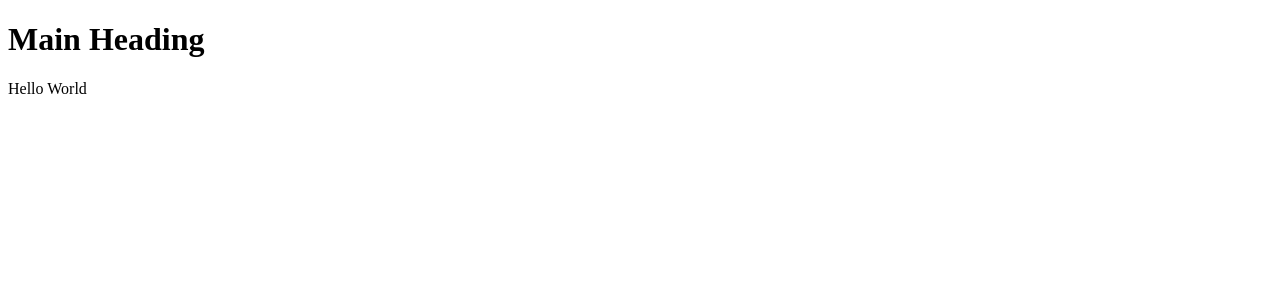
Repository: nhoque7/comp229Assignment
Page: http://localhost/
An editor plug-in stored every save of this project. The page is shown before and after the next save, followed by the edit.
The browser window is 1280 px wide. The pictures show the whole page.
The page is served by the project's Node server (server.js). Other server files are loaded and not shown.

Above is the page before, as saved 2022-10-14 21:34:53.

### views/index.ejs
<!DOCTYPE html>
<html>
  <head>
    <title><%= title %></title>
    <link rel='stylesheet' href='/Content/app.css' />
  </head>
  <body>
    <h1><%= mainHeading %></h1>
    <p>Hello World</p>

    <script src="/Scripts/app.js"></script>
  </body>
</html>

### server.js
#!/usr/bin/env node

/**
 * Module dependencies.
 */

var app = require('./app');
var debug = require('debug')('comp229assignment:server');
var http = require('http');

/**
 * Get port from environment and store in Express.
 */

var port = normalizePort(process.env.PORT || '3000');
app.set('port', port);

/**
 * Create HTTP server.
 */

var server = http.createServer(app);

/**
 * Listen on provided port, on all network interfaces.
 */

server.listen(port);
server.on('error', onError);
server.on('listening', onListening);

/**
 * Normalize a port into a number, string, or false.
 */

function normalizePort(val) {
  var port = parseInt(val, 10);

  if (isNaN(port)) {
    // named pipe
    return val;
  }

  if (port >= 0) {
    // port number
    return port;
  }

  return false;
}

/**
 * Event listener for HTTP server "error" event.
 */

function onError(error) {
  if (error.syscall !== 'listen') {
    throw error;
  }

  var bind = typeof port === 'string'
    ? 'Pipe ' + port
    : 'Port ' + port;

  // handle specific listen errors with friendly messages
  switch (error.code) {
    case 'EACCES':
      console.error(bind + ' requires elevated privileges');
      process.exit(1);
      break;
    case 'EADDRINUSE':
      console.error(bind + ' is already in use');
      process.exit(1);
      break;
    default:
      throw error;
  }
}

/**
 * Event listener for HTTP server "listening" event.
 */

function onListening() {
  var addr = server.address();
  var bind = typeof addr === 'string'
    ? 'pipe ' + addr
    : 'port ' + addr.port;
  debug('Listening on ' + bind);
}

### routes/index.js
var express = require('express');
var router = express.Router();

/* GET home page. */
router.get('/', function(req, res, next) {
  res.render('index',
   { title: 'Express',mainHeading: 'Main Heading'

  });
});

module.exports = router;

### app.js
// installed 3rd party packages
let createError = require('http-errors');
let express = require('express');
let path = require('path');
let cookieParser = require('cookie-parser');
let logger = require('morgan');

let indexRouter = require('./routes/index');
let usersRouter = require('./routes/users');

let app = express();

// view engine setup
app.set('views', path.join(__dirname, 'views'));
app.set('view engine', 'ejs');

app.use(logger('dev'));
app.use(express.json());
app.use(express.urlencoded({ extended: false }));
app.use(cookieParser());
app.use(express.static(path.join(__dirname, 'public')));

app.use('/', indexRouter);
app.use('/users', usersRouter);

// catch 404 and forward to error handler
app.use(function(req, res, next) {
  next(createError(404));
});

// error handler
app.use(function(err, req, res, next) {
  // set locals, only providing error in development
  res.locals.message = err.message;
  res.locals.error = req.app.get('env') === 'development' ? err : {};

  // render the error page
  res.status(err.status || 500);
  res.render('error');
});

module.exports = app;

### public/Content/app.css
/*custome css goes here */

### public/Scripts/app.js
// IIFE -- Immediately Invoked Function Expression
(function(){
    function Start()
    {
        console.log("App Started...");
    }

    window.addEventListener("Load", Start);


})();

After the next save:
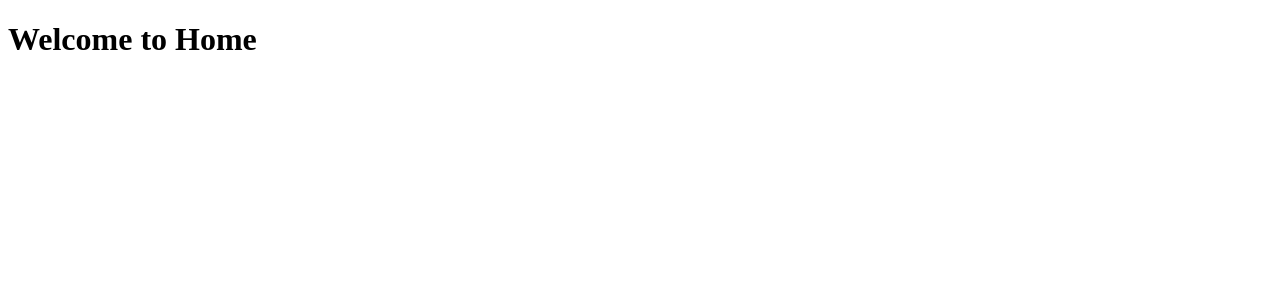
Saved 13 min 28 s later.
--- a/views/index.ejs
+++ b/views/index.ejs
@@ -5,8 +5,8 @@
     <link rel='stylesheet' href='/Content/app.css' />
   </head>
   <body>
-    <h1><%= mainHeading %></h1>
-    <p>Hello World</p>
+    <h1>Welcome to <%= title %></h1>
+
 
     <script src="/Scripts/app.js"></script>
   </body>
--- a/routes/index.js
+++ b/routes/index.js
@@ -4,9 +4,31 @@ var router = express.Router();
 /* GET home page. */
 router.get('/', function(req, res, next) {
   res.render('index',
-   { title: 'Express',mainHeading: 'Main Heading'
-
-  });
+   { title: 'Home'});
+});
+router.get('/home', function(req, res, next) {
+  res.render('index',
+   { title: 'Home'});
+});
+/*Get About me */
+router.get('/about', function(req, res, next) {
+  res.render('index',
+   { title: 'About me'});
+});
+/* Get Project page */
+router.get('/projects', function(req, res, next) {
+  res.render('index',
+   { title: 'Projects'});
+});
+/* Get Services page */
+router.get('/services', function(req, res, next) {
+  res.render('index',
+   { title: 'Services'});
+});
+/* Get Contact page */
+router.get('/contact', function(req, res, next) {
+  res.render('index',
+   { title: 'Contact'});
 });
 
 module.exports = router;
